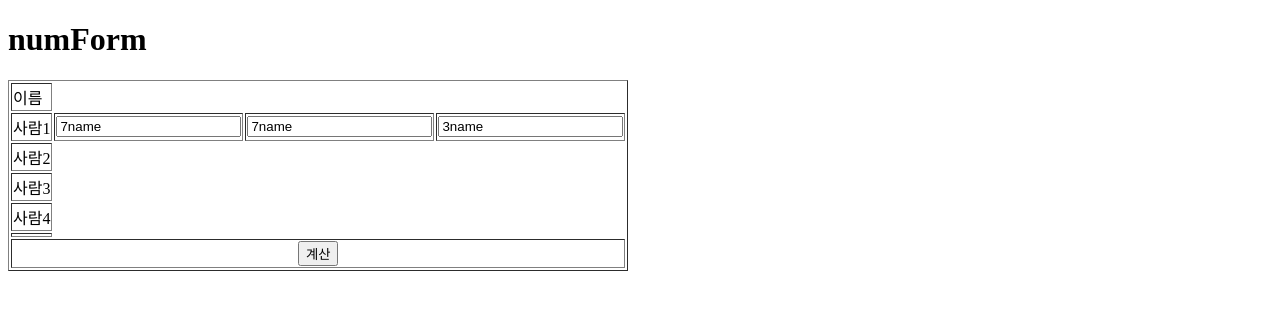
Repository: Jhoon0211/java_work
Page: http://localhost/jspProj/request/numForm2.jsp
The author's editor kept a copy of each file at every save. The page is drawn from the files as they stood at one save, then again after the next save.
The browser window is 1280 px wide. The pictures show the whole page.
The page is served by Tomcat 9.

Above is the page before, as saved 2023-07-27 09:22:06.

After the next save:
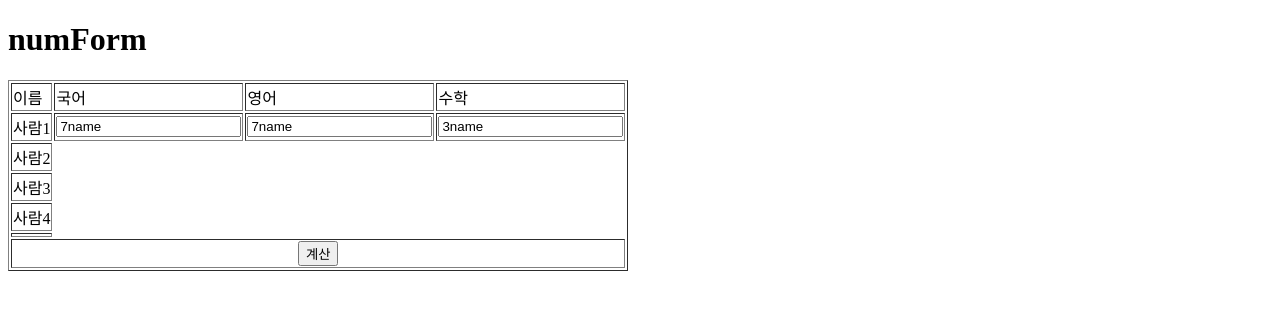
Saved 11 s later.
--- a/jspProj/src/main/webapp/request/numForm2.jsp
+++ b/jspProj/src/main/webapp/request/numForm2.jsp
@@ -39,7 +39,9 @@
 		<table border="">
 			<tr>
 				<td>이름</td>
-
+				<td>국어</td>
+				<td>영어</td>
+				<td>수학</td>
 			</tr>
 			<tr>
 				<td>사람1</td>
